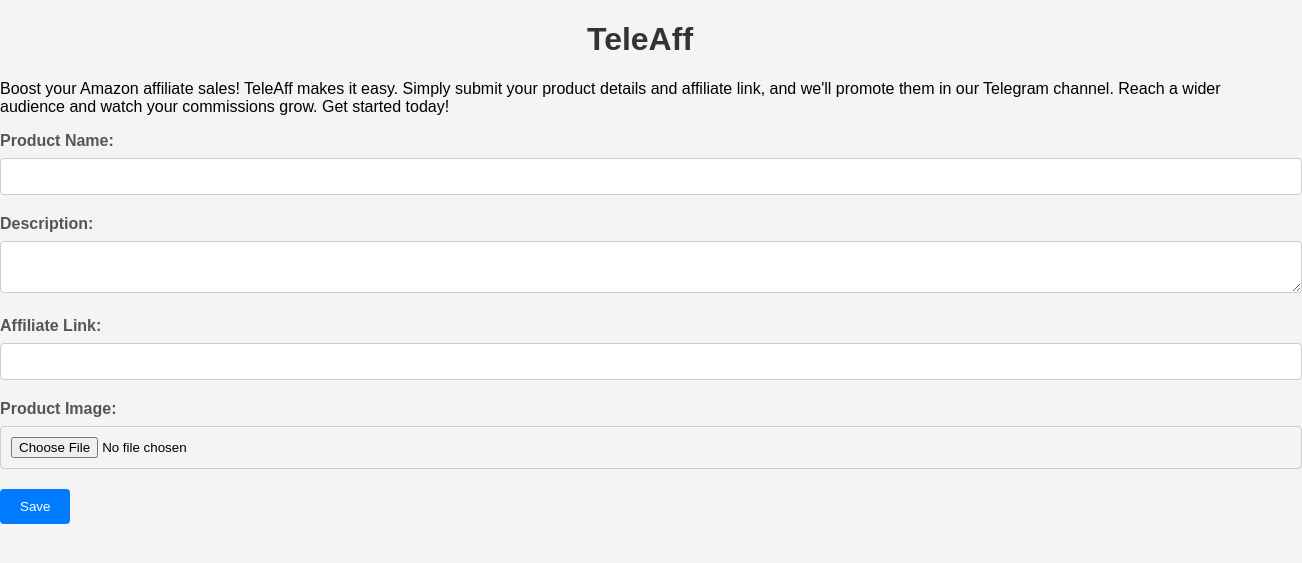
Repository: Natnael12119/TeleAff
Page: views/productForm.html
These files come from the project's save history. The page is drawn as it stood at one moment and after the next save; the edit follows.
The browser window is 1280 px wide. The page is 1302 px wide, then 1280 px, so the pictures cover 1302 px, including what lies to the right of the window. The pictures show the whole page.

Above is the page before, as saved 2024-04-18 20:28:56.

### views/productForm.html
<!DOCTYPE html>
<html lang="en">
<head>
    <meta charset="UTF-8">
    <title>Amazon Affiliate App</title>
    <link rel="stylesheet" href="form.css">
<body>
        <h1>TeleAff</h1>
        <p>Boost your Amazon affiliate sales!  TeleAff makes it easy. Simply submit your product details and affiliate link, and we'll promote them in our Telegram channel. Reach a wider audience and watch your commissions grow. Get started today!
        </p>
        <form id="productForm" enctype="multipart/form-data" onsubmit="submitProduct(event)">
            <div class="form-group">
                <label for="productName">Product Name:</label>
                <input type="text" id="productName" name="productName" class="form-control">
            </div>

            <div class="form-group">
                <label for="description">Description:</label>
                <textarea id="description" name="description" class="form-control"></textarea>
            </div>

            <div class="form-group">
                <label for="affiliateLink">Affiliate Link:</label>
                <input type="text" id="affiliateLink" name="affiliateLink" class="form-control">
            </div>

            <div class="form-group">
                <label for="productImage">Product Image:</label>
                <input type="file" id="productImage" name="productImage" class="form-control">
            </div>

            <button type="submit" class="btn">Save</button>
        </form>

        <!-- Success and Error Messages -->
        <div id="successMessage" style="display: none; color: green;">
            Data is successfully saved!
        </div>

        <div id="errorMessage" style="display: none; color: red;">
            Error saving data. Please try again.
        </div>

        <script src="/app.js"></script>
</body>
</html>

### views/form.css
body {
	font-family: 'Arial', sans-serif;
	background-color: #f4f4f4;
	margin: 0;
	padding: 0;
}

.container {
	max-width: 600px;
	margin: 50px auto;
	background-color: #ffffff;
	padding: 20px;
	border-radius: 8px;
	box-shadow: 0 0 10px rgba(0, 0, 0, 0.1);
}

h1 {
	text-align: center;
	color: #333333;
}

label {
	display: block;
	margin-bottom: 8px;
	font-weight: bold;
	color: #555555;
}

input[type='text'],
input[type='file'],
textarea {
	width: 100%;
	padding: 10px;
	margin-bottom: 20px;
	border-radius: 4px;
	border: 1px solid #ccc;
}

.btn {
	background-color: #007bff;
	color: #ffffff;
	padding: 10px 20px;
	border: none;
	border-radius: 4px;
	cursor: pointer;
}

.btn:hover {
	background-color: #0056b3;
}

#successMessage,
#errorMessage {
	margin-top: 20px;
	padding: 10px;
	border-radius: 4px;
}

#successMessage {
	background-color: #d4edda;
	color: #155724;
	display: none;
}

#errorMessage {
	background-color: #f8d7da;
	color: #721c24;
	display: none;
}

### app.js
const saveProduct = async () => {
    const productName = document.getElementById('productName').value;
    const affiliateLink = document.getElementById('affiliateLink').value;
    const productImage = document.getElementById('productImage').files[0]; // Access file object

    const formData = new FormData(); // Create FormData for image upload
    formData.append('productName', productName);
    formData.append('affiliateLink', affiliateLink);
    formData.append('productImage', productImage); // Append image file

    try {
      const response = await fetch('/products', {
        method: 'POST',
        body: formData // Send form data
      });
      const data = await response.json();
      console.log(data); // Handle success response
    } catch (error) {
      console.error(error);
      // Handle errors (e.g., display error message to user)
    }
  };

After the next save:
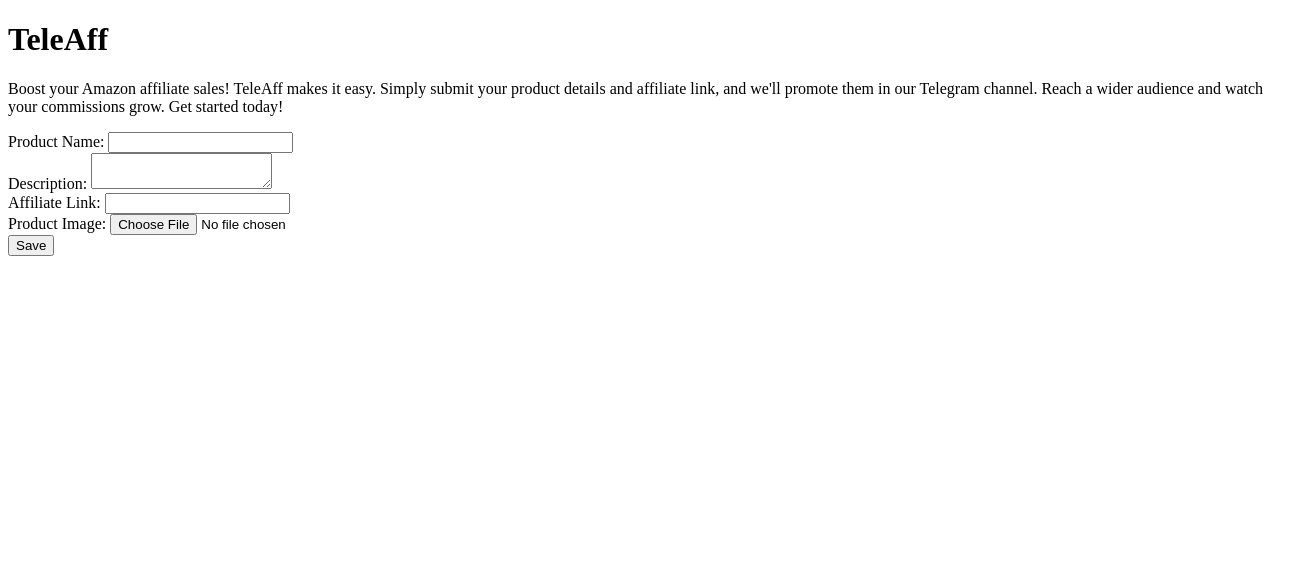
Not found: views/public/form.css
Saved 2 min 54 s later.
--- a/views/productForm.html
+++ b/views/productForm.html
@@ -3,7 +3,7 @@
 <head>
     <meta charset="UTF-8">
     <title>Amazon Affiliate App</title>
-    <link rel="stylesheet" href="form.css">
+    <link rel="stylesheet" href="public/form.css">
 <body>
         <h1>TeleAff</h1>
         <p>Boost your Amazon affiliate sales!  TeleAff makes it easy. Simply submit your product details and affiliate link, and we'll promote them in our Telegram channel. Reach a wider audience and watch your commissions grow. Get started today!
